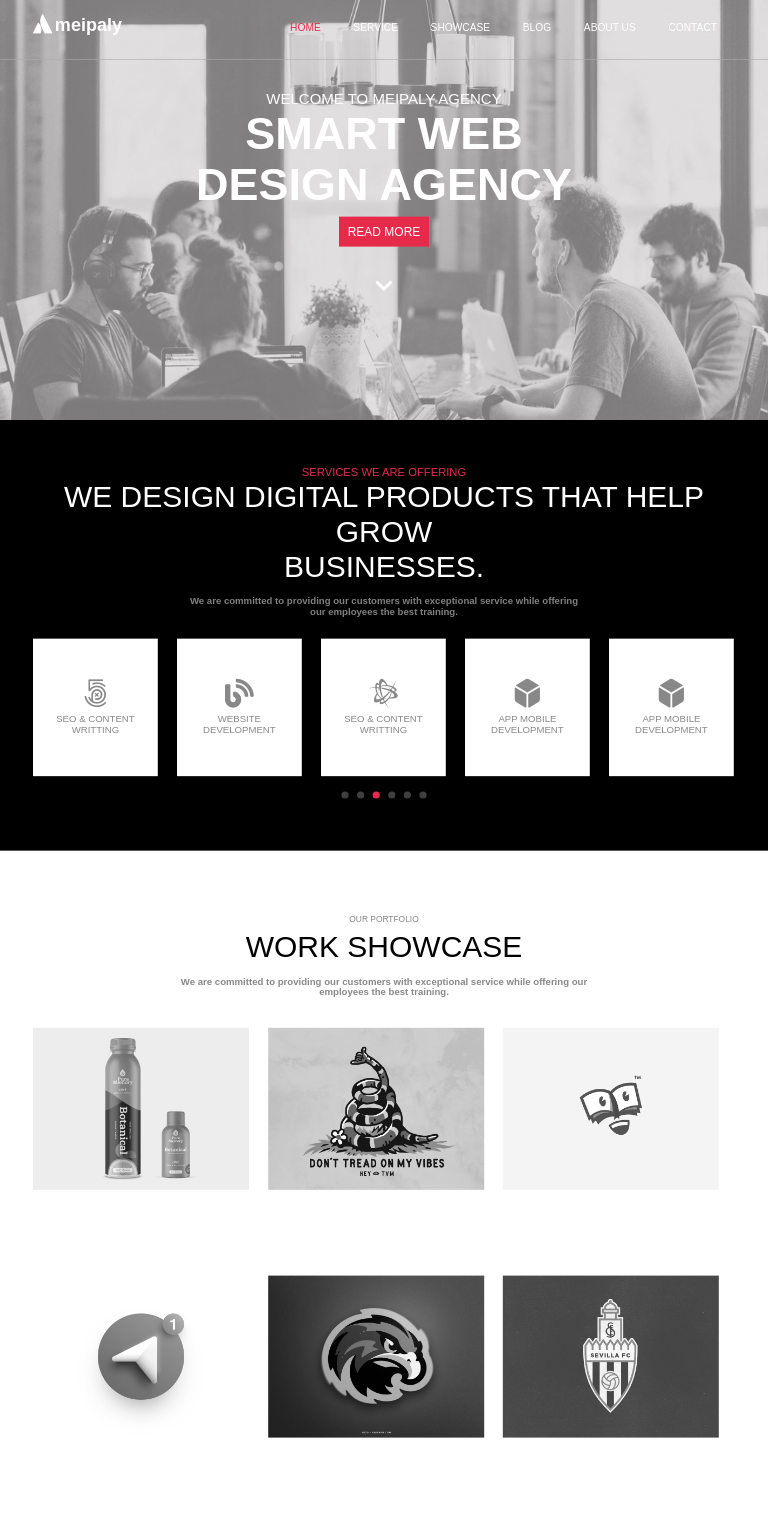
Repository: ToanNguyenThai/Meipaly
Page: index.html
The author's editor kept a copy of each file at every save. The page is drawn from the files as they stood at one save, then again after the next save.
The browser window is 1280 px wide. The pictures show the whole page, at 60% of full size.

Above is the page before, as saved 2021-12-11 00:54:56.

After the next save:
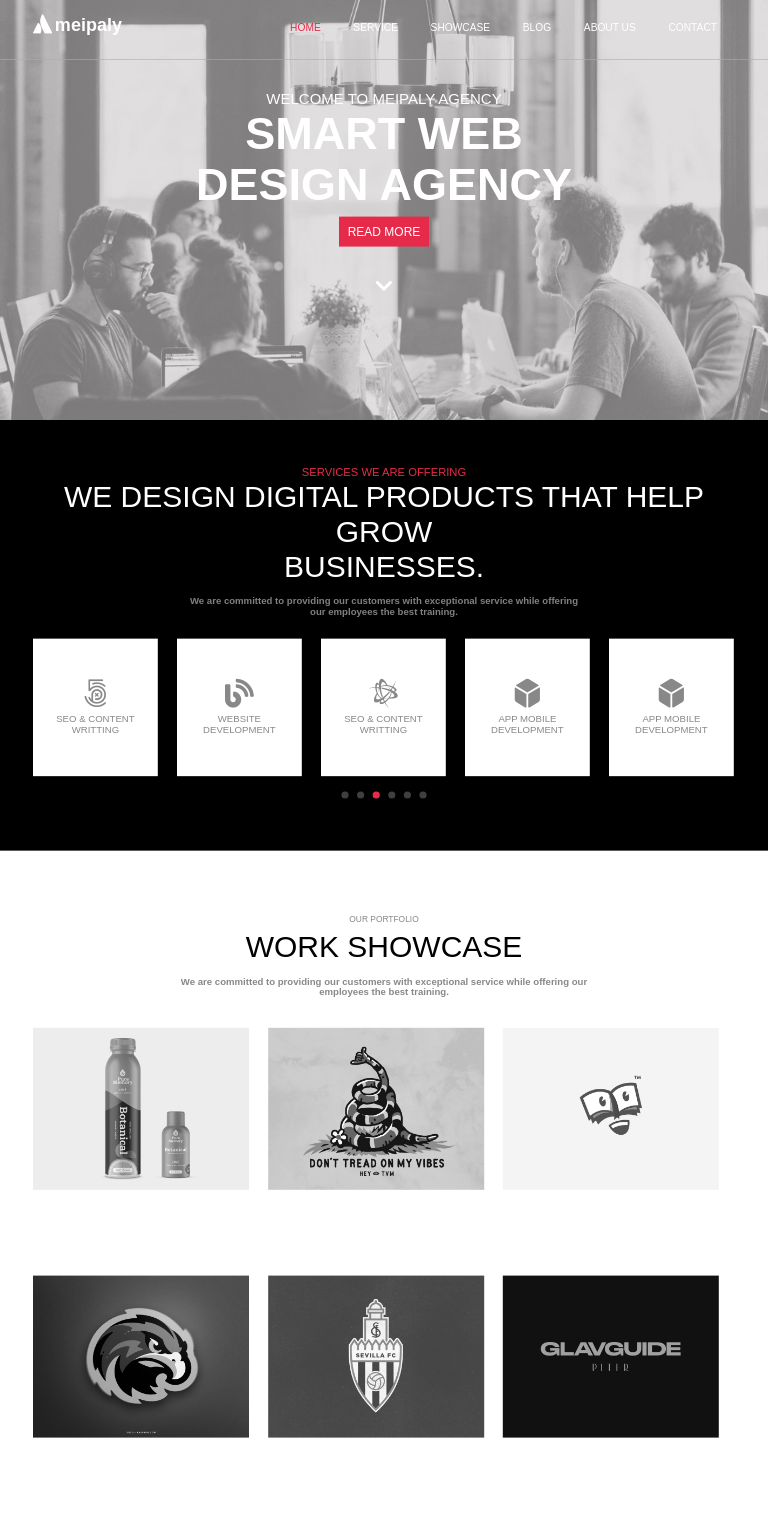
Saved 19 s later.
--- a/index.html
+++ b/index.html
@@ -151,13 +151,13 @@
                     <img src="../img/showcase_img_3.webp" alt="">
                 </div>
                 <div class="content__container">
-                    <img src="../img/showcase_img_4.webp" alt="">
-                </div>
-                <div class="content__container">
                     <img src="../img/showcase_img_5.webp" alt="">
                 </div>
                 <div class="content__container">
                     <img src="../img/showcase_img_6.webp" alt="">
+                </div>
+                <div class="content__container">
+                    <img src="../img/showcase_img_7.webp" alt="">
                 </div>
 
             </div>
